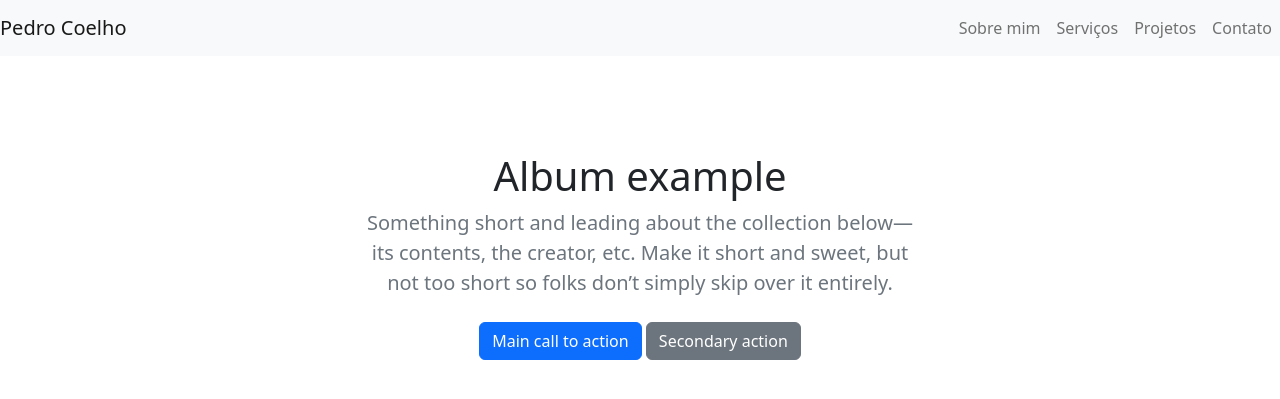
Repository: PedroHQCoelho/portfolio
Page: index.html
An editor plug-in stored every save of this project. The page is shown before and after the next save, followed by the edit.
The browser window is 1280 px wide. The pictures show the whole page.

Above is the page before, as saved 2022-05-24 17:51:24.

After the next save:
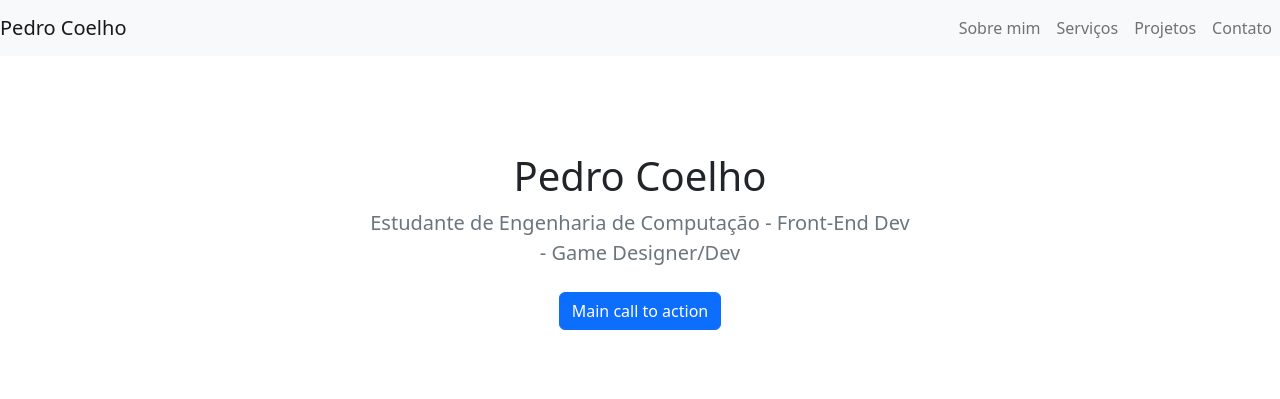
Saved 13 min 27 s later.
--- a/index.html
+++ b/index.html
@@ -42,11 +42,10 @@
     <section class="py-5 text-center container">
         <div class="row py-lg-5">
           <div class="col-lg-6 col-md-8 mx-auto">
-            <h1 class="fw-light">Album example</h1>
-            <p class="lead text-muted">Something short and leading about the collection below—its contents, the creator, etc. Make it short and sweet, but not too short so folks don’t simply skip over it entirely.</p>
+            <h1 class="fw-light">Pedro Coelho</h1>
+            <p class="lead text-muted">Estudante de Engenharia de Computação - Front-End Dev - Game Designer/Dev</p>
             <p>
               <a href="#" class="btn btn-primary my-2">Main call to action</a>
-              <a href="#" class="btn btn-secondary my-2">Secondary action</a>
             </p>
           </div>
         </div>
